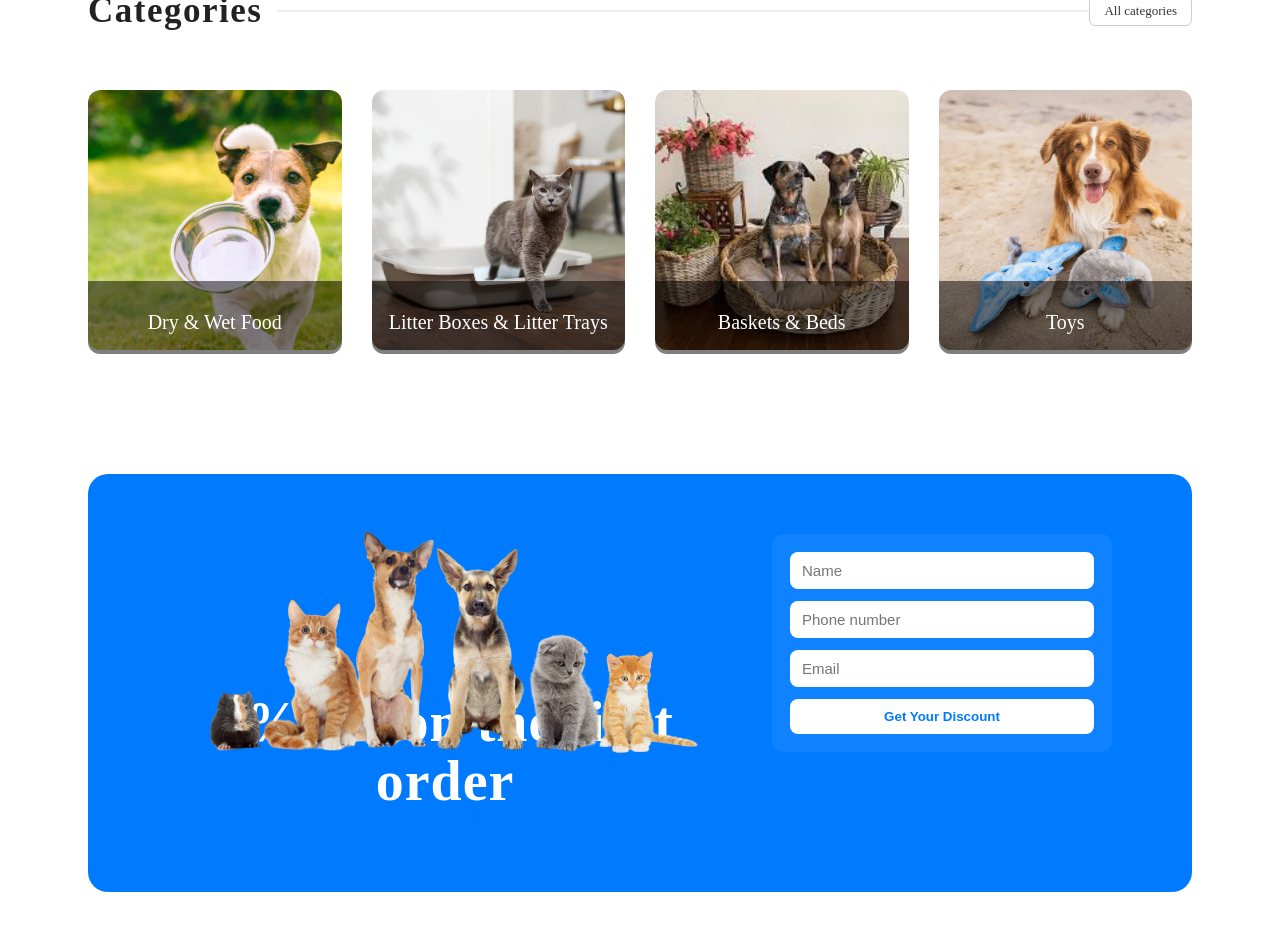
Repository: JuliiaJuliia/pet-shop-frontend
Page: / (app in pet-shop-frontend/)
The author's editor kept a copy of each file at every save. The page is drawn from the files as they stood at one save, then again after a run of saves.
The browser window is 1280 px wide. The pictures show the part of the page from y = 693 to 1645 px (the page is 1645 px tall).
The project was rebuilt for these pictures with package versions that can differ from the ones it lists, and the page was loaded fresh each time. Also part of the build but not shown: pet-shop-frontend/vite.config.js, pet-shop-frontend/src/pages/CheckoutPage.jsx, pet-shop-frontend/src/api/axios.js, pet-shop-frontend/src/components/ProductList.jsx.

Above is the page before, as saved 2025-11-06 14:56:30.

After the next 3 saves:
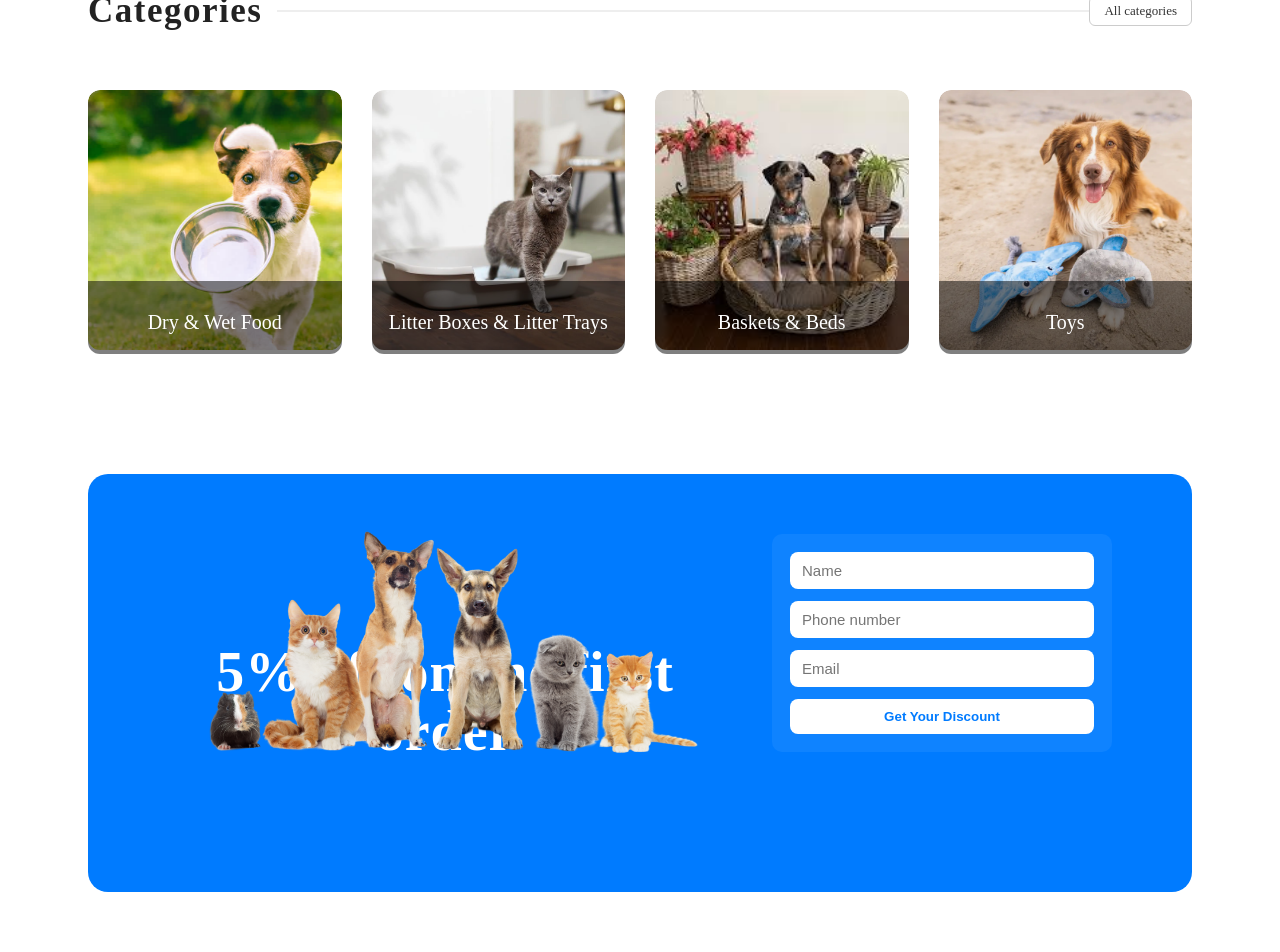
The 3 saves are shown as one change because they came seconds apart.
The last was saved 9 s later.
--- a/pet-shop-frontend/src/components/DiscountBanner.css
+++ b/pet-shop-frontend/src/components/DiscountBanner.css
@@ -43,7 +43,7 @@
     justify-content: center;
     align-items: flex-end;    /* картинка "сидить" внизу колонки */
     position: relative;
-    padding-bottom: 0px;     /* трохи простору під картинкою */
+    padding-bottom: 100px;     /* трохи простору під картинкою */
   }
 
   /* картинка тварин — збільшена і з позицією внизу (на межі фону) */
